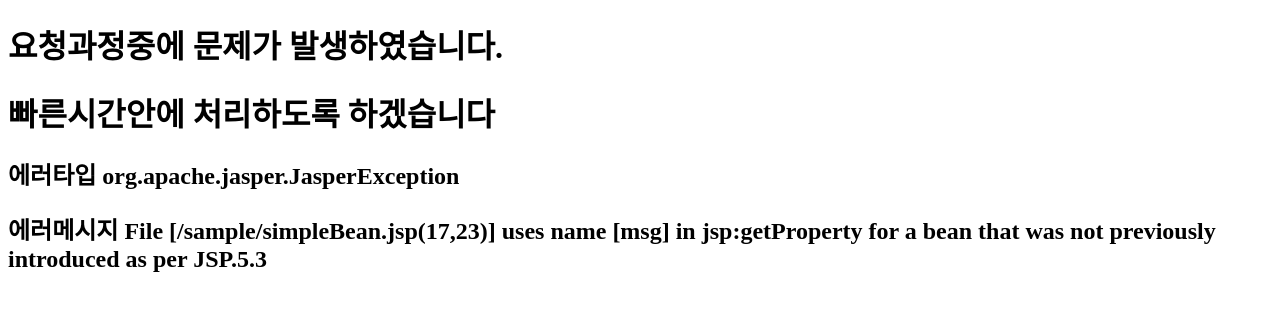
Repository: DynamicRD/jsp_Study
Page: http://localhost/jspStudy/sample/simpleBean.jsp
An editor plug-in stored every save of this project. The page is shown before and after the next save, followed by the edit.
The browser window is 1280 px wide. The pictures show the whole page.
The page is served by Tomcat 9. Other server files are loaded and not shown.

Above is the page before, as saved 2024-12-10 02:14:34.

### jspStudy/src/main/webapp/sample/simpleBean.jsp
<%@page import="co.kh.dev.SimpleVO"%>
<%@ page contentType="text/html; charset=UTF-8"%>
<!-- 1.사용자정보를 가져온다 -->
<%
	request.setCharacterEncoding("UTF-8");
	String message1 = request.getParameter("message1");
	String message2 = request.getParameter("message2");
	SimpleVO simpleVO = new SimpleVO();
%>
<!-- 2.curd -->
<!-- 3.화면설계(자바코드에 해야하는걸 ->jsp service함수에서 진행한다) -->
<html>
<body>
	<h1>간단한 빈즈 프로그램 결과</h1>
	<hr color="red"></hr>
	<br></br>
	<font size="5"> 메세지 : <jsp:getProperty name="msg"
			property="message" /> <%--<%=message%> --%>
	</font>
</body>
</html>

### jspStudy/src/main/webapp/error/error500.jsp
<%@page contentType="text/html; charset=UTF-8"%>
<%@page isErrorPage="true" %>
<%
//웹브라우저에게 정상적으로 처리됨을 통보한다 200번
response.setStatus(HttpServletResponse.SC_OK);
%>
<!DOCTYPE html>
<html>
<head>
<meta charset="UTF-8">
<title>500예외발생</title>
</head>
<body>
	<h1>요청과정중에 문제가 발생하였습니다.</h1>
	<h1>빠른시간안에 처리하도록 하겠습니다</h1>
	<h2>에러타입 <%= exception.getClass().getName() %></h2>
	<h2>에러메시지 <%= exception.getMessage() %></h2>
</body>
</html>

### jspStudy/src/main/java/co/kh/dev/SimpleVO.java
package co.kh.dev;

public class SimpleVO {
	private String message1;
	private String message2;

	public SimpleVO() {}
	public SimpleVO(String message1, String message2) {
		super();
		this.message1 = message1;
		this.message2 = message2;
	}
	public String getMessage1() {
		return message1;
	}
	public void setMessage1(String message1) {
		this.message1 = message1;
	}
	public String getMessage2() {
		return message2;
	}
	public void setMessage2(String message2) {
		this.message2 = message2;
	}
	@Override
	public String toString() {
		return "SimpleVO [message1=" + message1 + ", message2=" + message2 + "]";
	}
}

After the next save:
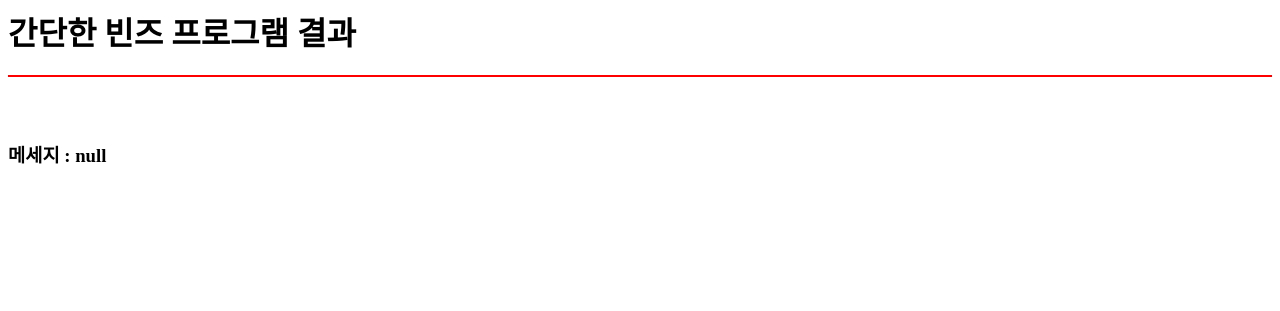
Saved 37 s later.
--- a/jspStudy/src/main/webapp/sample/simpleBean.jsp
+++ b/jspStudy/src/main/webapp/sample/simpleBean.jsp
@@ -14,8 +14,7 @@
 	<h1>간단한 빈즈 프로그램 결과</h1>
 	<hr color="red"></hr>
 	<br></br>
-	<font size="5"> 메세지 : <jsp:getProperty name="msg"
-			property="message" /> <%--<%=message%> --%>
+	<h3> 메세지 : <%= simpleVO.getMessage1() %></h3>
 	</font>
 </body>
 </html>
